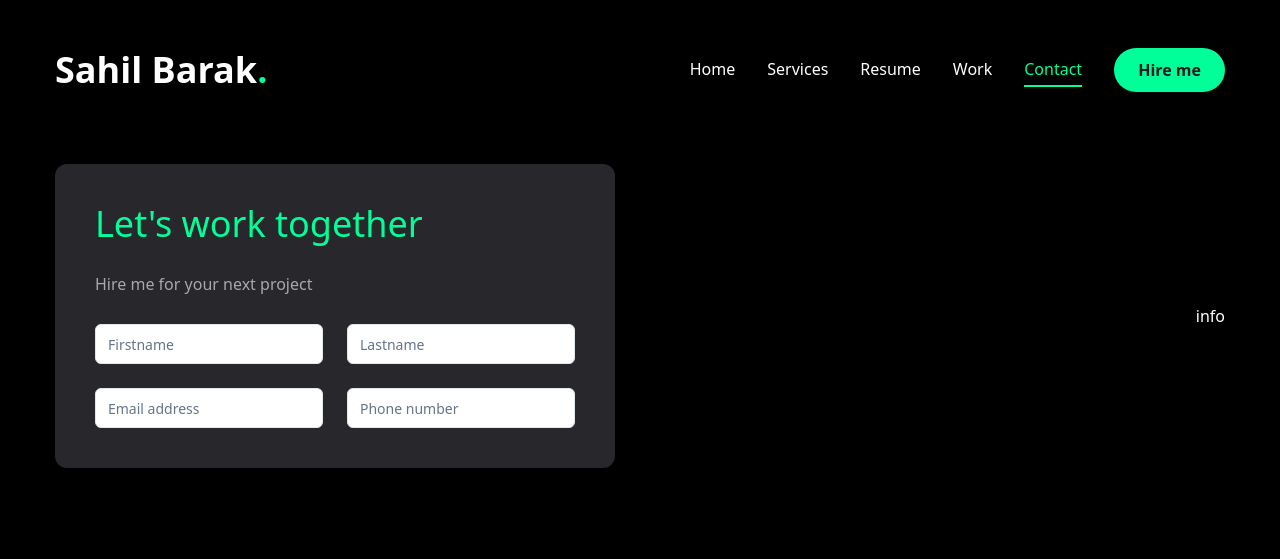
Repository: Moxsahil/My_portfolio
Page: /contact (app in sahil-portfolio/)
The author's editor kept a copy of each file at every save. The page is drawn from the files as they stood at one save, then again after the next save.
The browser window is 1280 px wide. The pictures show the whole page.
The project was rebuilt for these pictures with package versions that can differ from the ones it lists, and the page was loaded fresh each time. The framework's server and built-in components were replaced by stand-ins that run in the browser. Also part of the build but not shown: sahil-portfolio/next.config.mjs, sahil-portfolio/components/ui/textarea.jsx. Imported but missing from the stored project, and not drawn on this page: sahil-portfolio/components/ui/select.

Above is the page before, as saved 2024-10-06 15:45:44.

### sahil-portfolio/app/layout.jsx
import { JetBrains_Mono } from "next/font/google";
import "./globals.css";
import Header from "@/components/Header";
import PageTransition from "@/components/PageTransition";
import StairTransition from "@/components/StairTransition";

const jetbrainsMono = JetBrains_Mono({
  subsets: ["latin"],
   weight: ["100", "200", "300", "400", "500", "600", "700", "800"],
   variable: '--font-jetbrainsMono'
});

export const metadata = {
  title: "Create Next App",
  description: "Generated by create next app",
};

export default function RootLayout({ children }) {
  return (
    <html lang="en">
      <body className={jetbrainsMono.variable}>
        <Header />
        <StairTransition />
        <PageTransition> {children}</PageTransition>
        </body>
    </html>
  );
}

### sahil-portfolio/app/contact/page.jsx
"use client";

import { Button } from "@/components/ui/button";
import { Input} from "@/components/ui/input";
import { Textarea } from "@/components/ui/textarea";

import {
  Select,
  SelectContent,
  SelectGroup,
  SelectItem,
  SelectLabel,
  SelectTrigger,
  SelectValue,
} from "@/components/ui/select";

import { FaPhoneAlt, FaEnvelope, FaMapMarkerAlt } from "react-icons/fa";

const info = [
  {
    icon: <FaPhoneAlt />,
    title: "Phone",
    description: "(+91) 7404927198",
  },{
    icon: <FaEnvelope />,
    title: "Email",
    description: "Sahilmk01@gmail.com",
  },{
    icon: <FaMapMarkerAlt />,
    title: "Address",
    description: "1513/34,Sheetal Nagar,Rohtak,Haryana-124001",
  },
];

import { motion } from "framer-motion";



const Contact = () => {
  return (
    <motion.section
    initial={{ opacity: 0 }}
    animate={{
      opacity: 1,
      transition: { delay: 2.4, duration: 0.4, ease: "easeIn" },
    }}
    className="py-6"
    >
      <div className="container mx-auto">
        <div className="flex flex-col xl:flex-row gap-[30px]">
          {/* form */}
          <div className="xl:h-[54%] order-2 xl:order-none">
            <form className="flex flex-col gap-6 p-10 bg-[#27272c] rounded-xl">
              <h3 className="text-4xl text-accent">Let's work together</h3>
              <p className="text-white/60">Hire me for your next project
              </p>
              {/* Input */}
              <div className="grid grid-cols-1 md:grid-cols-2 gap-6">
                <Input type="firstName" placeholder="Firstname"/>
                <Input type="lastname" placeholder="Lastname"/>
                <Input type="email" placeholder="Email address"/>
                <Input type="phone" placeholder="Phone number"/>
              </div>
            </form>
          </div>
          {/* info */}
          <div className="flex-1 flex items-center xl:justify-end order-1 xl:order-none mb-8 xl:mb-0">info</div>
        </div>
      </div>
      </motion.section>
  );
}

export default Contact;

### sahil-portfolio/app/globals.css
@tailwind base;
@tailwind components;
@tailwind utilities;

@layer base{
    body {
        @apply font-primary bg-black text-white leading-loose;
    }
    .h1{
        @apply text-[48px] xl:text-[80px] leading-[1.1] font-semibold;
    }
    .h2{
        @apply text-[36px] xl:text-[48px] leading-[1.1] font-semibold;
    }
    .h3{
        @apply text-[20px] xl:text-[24px] leading-[1.1] font-semibold;
    }
.text-outline{
    -webkit-text-stroke: 1px #ffffff;
}

.text-outline-hover{
    -webkit-text-stroke: 1px #00ff99;
}
}

### sahil-portfolio/components/Header.jsx
import Link from "next/link";
import { Button } from "./ui/button";

//components
import Nav from "./Nav";
import MobileNav from "./MobileNav";
const Header = () => {
  return (
     <header className = "py-8 xl:py-12 text-white">
    <div className = "container mx-auto flex justify-between items-center">
      {/* logo */}
      <Link href="/">
        <h1 className="text-4xl font-semibold">
          Sahil Barak<span className="text-accent">.</span>
        </h1>
        </Link>


        {/* desktop nav & hire me button */}
        <div className="hidden xl:flex items-center gap-8">
        <Nav />
        <Link href="/#contact">
        <Button>Hire me</Button>
        </Link>
        </div>

        {/* mobile nav */}
        <div className="xl:hidden">
          <MobileNav />
        </div>
    </div>
  </header>
  );
};

export default Header;

### sahil-portfolio/components/PageTransition.jsx
 "use client";


 import { AnimatePresence, motion } from "framer-motion";
import { usePathname } from "next/navigation";

 const PageTransition = ({children}) => {
  const pathname = usePathname();

  return (
    <AnimatePresence>

      <div key={pathname}>
        <motion.div initial={{opacity: 1}}
        animate={{opacity:0,
         transition: {delay: 1,duration: 0.4, ease: "easeInOut"},
         }}
         className="h-screen w-screen fixed bg-primary top-0 pointer-events-none"
         />
        {children}</div>
    </AnimatePresence>
  )
}

export default PageTransition

### sahil-portfolio/components/StairTransition.jsx
"use client";

import { AnimatePresence, motion } from "framer-motion";
import { usePathname } from "next/navigation";

//components
import Stairs from "./Stairs";

const StairTransition = () => {
  const pathname = usePathname();
  return (
    <>
    <AnimatePresence mode="wait">
      <div key={pathname}>
        <div className="h-screen w-screen fixed top-0 left-0 right-0
        pointer-events-none z-40 flex">
         <Stairs />
          </div>

        <motion.div
        className="h-screen w-screen fixed bg-primary top-0 pointer-events-none"
        initial={{opacity: 1}}
        animate={{
          opacity: 0,
          transition: {delay: 1,duration: 0.4, ease: "easeInOut" },
      }}
        />
      </div>
    </AnimatePresence>
    </>
  );
}

export default StairTransition

### sahil-portfolio/components/ui/button.jsx
import * as React from "react"
import { Slot } from "@radix-ui/react-slot"
import { cva } from "class-variance-authority";

import { cn } from "@/lib/utils"

const buttonVariants = cva(
  "inline-flex items-center justify-center whitespace-nowrap rounded-full text-base font-semibold ring-offset-white transition-colors",
  {
    variants: {
      variant: {
        default: "bg-accent text-primary hover:bg-accent-hover",
        primary: "bg-primary text-white ",
        outline:
        "border border-accent bg-transparent text-accent hover :bg-accent hover: text-primary",

      },
      size: {
        default: "h-[44px] px-6",
        md: "h-[48px] px-6",
        lg: "h-[56px] px-8 text-sm uppercase tracking-[2px]",

      },
    },
    defaultVariants: {
      variant: "default",
      size: "default",
    },
  }
)

const Button = React.forwardRef(({ className, variant, size, asChild = false, ...props }, ref) => {
  const Comp = asChild ? Slot : "button"
  return (
    (<Comp
      className={cn(buttonVariants({ variant, size, className }))}
      ref={ref}
      {...props} />)
  );
})
Button.displayName = "Button"

export { Button, buttonVariants }

### sahil-portfolio/components/ui/input.jsx
import * as React from "react"

import { cn } from "@/lib/utils"

const Input = React.forwardRef(({ className, type, ...props }, ref) => {
  return (
    (<input
      type={type}
      className={cn(
        "flex h-10 w-full rounded-md border border-slate-200 bg-white px-3 py-2 text-sm ring-offset-white file:border-0 file:bg-transparent file:text-sm file:font-medium placeholder:text-slate-500 focus-visible:outline-none focus-visible:ring-2 focus-visible:ring-slate-950 focus-visible:ring-offset-2 disabled:cursor-not-allowed disabled:opacity-50 dark:border-slate-800 dark:bg-slate-950 dark:ring-offset-slate-950 dark:placeholder:text-slate-400 dark:focus-visible:ring-slate-300",
        className
      )}
      ref={ref}
      {...props} />)
  );
})
Input.displayName = "Input"

export { Input }

### sahil-portfolio/components/Nav.jsx
"use client";

import Link from "next/link";
import { usePathname } from "next/navigation";

const links = [
    {
        name: "Home",
        path: "/",
    },
    {
        name: "services",
        path: "/services",
    },
    {
        name: "resume",
        path: "/resume",
    },
    {
        name: "work",
        path: "/work",
    },
    {
        name: "contact",
        path: "/contact",
    },
];


const Nav = () => {
    const pathname = usePathname();
  return (
    <nav className="flex gap-8">
        {links.map((link, index) => {
            return (
                <Link href={link.path} key={index} className ={`${
                    link.path === pathname &&
                    "text-accent border-b-2 border-accent"}
                    capitalize font-medium hover:text-accent transition-all`}
                    >
                    {link.name}
                </Link>
            );
        })}
    </nav>
  )
}

export default Nav

### sahil-portfolio/components/MobileNav.jsx
"use client";

import { Sheet, SheetContent, SheetTrigger } from "@/components/ui/sheet";
import { usePathname } from "next/navigation";
import Link from "next/link";
import { CiMenuFries } from "react-icons/ci";

const links = [
  {
    name: "Home",
    path: "/",
  },
  {
    name: "services",
    path: "/services",
  },
  {
    name: "resume",
    path: "/resume",
  },
  {
    name: "work",
    path: "/work",
  },
  {
    name: "contact",
    path: "/contact",
  },
]

const MobileNav = () => {
  const pathname = usePathname();
  return (
    <Sheet>
      <SheetTrigger className ="flex-justify-center items-center">
        <CiMenuFries className="text-[32px] text-accent"/>
      </SheetTrigger>
      <SheetContent className="flex flex-col">
        {/* logo */}
        <div className="mt-32 mb-40 text-center text-2xl">
          <Link href="/">
          <h1 className="text-4xl font-semibold">
            Sahil Barak<span className="text-accent">.</span></h1>
          </Link>
        </div>
        {/* nav  */}
        <nav className="flex flex-col justify-center items-center gap-8">
          {links.map((link, index) => {
            return(
              <Link href={link.path} key={index} className={` ${link.path === pathname && "text-accent border-b-2 border-accent"}text-xl capitalize hover:text-accent transition-all`}>
                {link.name}
              </Link>
            );
          })}
        </nav>
      </SheetContent>
    </Sheet>
  );
};

export default MobileNav;

### sahil-portfolio/components/Stairs.jsx
import { motion } from "framer-motion";

const stairAnimation = {
    initial: {
        top: "0%",
    },
    animate: {
        top: "100%",
    },
    exit: {
        top: ["100%`", "0%"],
    },
};


// calculate the reverse index fot staggred delay

const reverseIndex = (index) => {
    const totalSteps = 6; // number of steps
    return totalSteps - index - 1;
};
const Stairs = () => {
  return (
  <>

    {/* render 6 motion divs, each representing a step of the stairs.
    Each div will have the same animation defined by the stairsAnimation object.
    the delay for each div is calculated sinamically based on its reversed index ,
    creating a staggered effect with decreasing delay for each subsequent step.
    */}
    {[...Array(6)].map((_, index)=>{
        return (
        <motion.div
         key={index}
         variants={stairAnimation}
         initial="initial"
         animate="animate"
         exit="exit"
         transition={{
            duration: 0.4,
            ease: "easeInOut",
            delay: reverseIndex(index) * 0.1,
        }}
        className="h-full w-full bg-white relative"
        />
    );
    })}
  </>
  );
};

export default Stairs

### sahil-portfolio/components/ui/sheet.jsx
"use client";
import * as React from "react"
import * as SheetPrimitive from "@radix-ui/react-dialog"
import { cva } from "class-variance-authority";
import { cn } from "@/lib/utils"

import { IoMdClose } from "react-icons/io";

const Sheet = SheetPrimitive.Root

const SheetTrigger = SheetPrimitive.Trigger

const SheetClose = SheetPrimitive.Close

const SheetPortal = SheetPrimitive.Portal

const SheetOverlay = React.forwardRef(({ className, ...props }, ref) => (
  <SheetPrimitive.Overlay
    className={cn(
      "fixed inset-0 z-50 bg-black/80  data-[state=open]:animate-in data-[state=closed]:animate-out data-[state=closed]:fade-out-0 data-[state=open]:fade-in-0",
      className
    )}
    {...props}
    ref={ref} />
))
SheetOverlay.displayName = SheetPrimitive.Overlay.displayName

const sheetVariants = cva(
  "fixed z-50 gap-4 bg-primary p-6 shadow-lg transition ease-in-out data-[state=open]:animate-in data-[state=closed]:animate-out data-[state=closed]:duration-300 data-[state=open]:duration-500 dark:bg-slate-950",
  {
    variants: {
      side: {
        top: "inset-x-0 top-0 border-b data-[state=closed]:slide-out-to-top data-[state=open]:slide-in-from-top",
        bottom:
          "inset-x-0 bottom-0 border-t data-[state=closed]:slide-out-to-bottom data-[state=open]:slide-in-from-bottom",
        left: "inset-y-0 left-0 h-full w-3/4 border-r data-[state=closed]:slide-out-to-left data-[state=open]:slide-in-from-left sm:max-w-sm",
        right:
          "inset-y-0 right-0 h-full w-3/4  data-[state=closed]:slide-out-to-right data-[state=open]:slide-in-from-right sm:max-w-sm",
      },
    },
    defaultVariants: {
      side: "right",
    },
  }
)

const SheetContent = React.forwardRef(({ side = "right", className, children, ...props }, ref) => (
  <SheetPortal>
    <SheetOverlay />
    <SheetPrimitive.Content ref={ref} className={cn(sheetVariants({ side }), className)} {...props}>
      {children}
      <SheetPrimitive.Close
        className= "absolute right-8 top-8 transition-opacity outline-none">
        <IoMdClose className="text-3xl text-accent" />
        <span className="sr-only">Close</span>
      </SheetPrimitive.Close>
    </SheetPrimitive.Content>
  </SheetPortal>
))
SheetContent.displayName = SheetPrimitive.Content.displayName

const SheetHeader = ({
  className,
  ...props
}) => (
  <div
    className={cn("flex flex-col space-y-2 text-center sm:text-left", className)}
    {...props} />
)
SheetHeader.displayName = "SheetHeader"

const SheetFooter = ({
  className,
  ...props
}) => (
  <div
    className={cn("flex flex-col-reverse sm:flex-row sm:justify-end sm:space-x-2", className)}
    {...props} />
)
SheetFooter.displayName = "SheetFooter"

const SheetTitle = React.forwardRef(({ className, ...props }, ref) => (
  <SheetPrimitive.Title
    ref={ref}
    className={cn("text-lg font-semibold text-slate-950 dark:text-slate-50", className)}
    {...props} />
))
SheetTitle.displayName = SheetPrimitive.Title.displayName

const SheetDescription = React.forwardRef(({ className, ...props }, ref) => (
  <SheetPrimitive.Description
    ref={ref}
    className={cn("text-sm text-slate-500 dark:text-slate-400", className)}
    {...props} />
))
SheetDescription.displayName = SheetPrimitive.Description.displayName

export {
  Sheet,
  SheetPortal,
  SheetOverlay,
  SheetTrigger,
  SheetClose,
  SheetContent,
  SheetHeader,
  SheetFooter,
  SheetTitle,
  SheetDescription,
}

### sahil-portfolio/tailwind.config.js
/** @type {import('tailwinds').Config} */
module.exports = {
  darkMode: ["class"],
  content: [
    './pages/**/*.{js,jsx}',
    './components/**/*.{js,jsx}',
    './app/**/*.{js,jsx}',
    './src/**/*.{js,jsx}',
  ],
  prefix: "",
  theme: {
    container: {
      center: true,
      padding: "15px",
    },
      screens: {
      sm: "640px",
      md: "768px",
      lg: "960px",
      xl: "1200px",
    },
    fontFamily: {
      primary: "var(--font-JetBrainsMono)",
    },
    extend: {

      colors: {
        primary: '#1c1c22',
        accent: {
          DEFAULT: '#00ff99',
          hover: '#00e187'
        }
      },

      keyframes: {
        "accordion-down": {
          from: { height: "0" },
          to: { height: "var(--radix-accordion-content-height)" },
        },
        "accordion-up": {
          from: { height: "var(--radix-accordion-content-height)" },
          to: { height: "0" },
        },
      },
      animation: {
        "accordion-down": "accordion-down 0.2s ease-out",
        "accordion-up": "accordion-up 0.2s ease-out",
      },
    },
  },
  plugins: [require("tailwindcss-animate")],
}

Loaded but not shown: sahil-portfolio/lib/utils.js (common file)

After the next save:
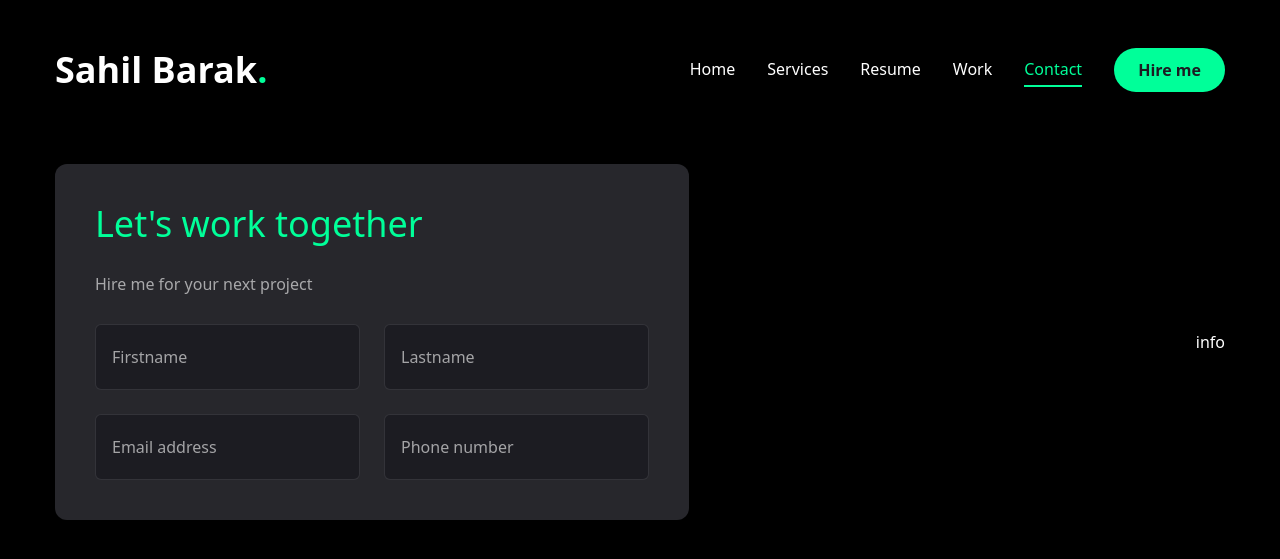
Saved 3 min 11 s later.
--- a/sahil-portfolio/components/ui/input.jsx
+++ b/sahil-portfolio/components/ui/input.jsx
@@ -7,7 +7,7 @@
     (<input
       type={type}
       className={cn(
-        "flex h-10 w-full rounded-md border border-slate-200 bg-white px-3 py-2 text-sm ring-offset-white file:border-0 file:bg-transparent file:text-sm file:font-medium placeholder:text-slate-500 focus-visible:outline-none focus-visible:ring-2 focus-visible:ring-slate-950 focus-visible:ring-offset-2 disabled:cursor-not-allowed disabled:opacity-50 dark:border-slate-800 dark:bg-slate-950 dark:ring-offset-slate-950 dark:placeholder:text-slate-400 dark:focus-visible:ring-slate-300",
+        "flex-h-[48px] rounded-md border border-white/10 focus:border-accent font-light bg-primary px-4 py-5 text-base placeholder:text-white/60 outline-none",
         className
       )}
       ref={ref}
